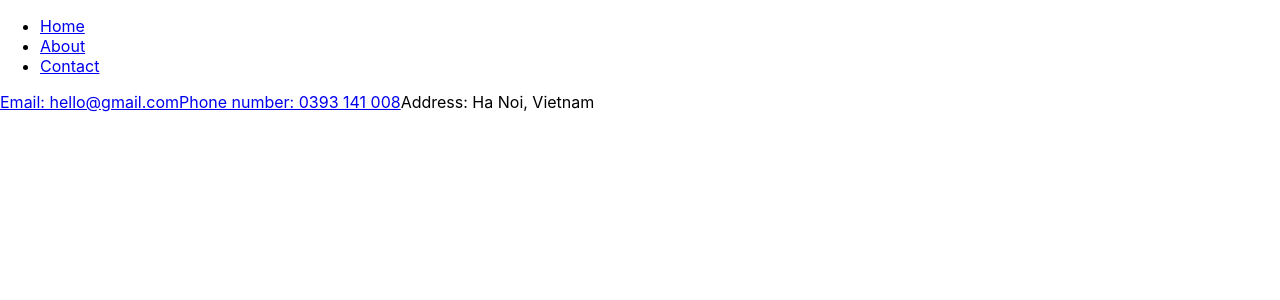
Repository: tuyenf/react-web110
Page: /contact
The author's editor kept a copy of each file at every save. The page is drawn from the files as they stood at one save, then again after the next save.
The browser window is 1280 px wide. The pictures show the whole page.
The project was rebuilt for these pictures with package versions that can differ from the ones it lists, and the page was loaded fresh each time. Also part of the build but not shown: src/components/Home.jsx, src/components/About.jsx.

Above is the page before, as saved 2021-10-01 14:59:08.

### src/App.js
import React from "react";
import {BrowserRouter as Router, Route, Switch} from "react-router-dom";
import {Navigation, Home, About, Contact} from "./components";

function App() {
  return (
    <div className="App">
      <Router>
        <Navigation />
        <Switch>
          <Route path="/" exact component={() => <Home />}/>
          <Route path="/about" exact component={() => <About />}/>
          <Route path="/contact" exact component={() => <Contact />}/>
        </Switch>
      </Router>
    </div>
  );
}

export default App;

### src/components/index.js
export {default as Navigation} from "./Navigation";
export {default as Home} from "./Home";
export {default as About} from "./About";
export {default as Contact} from "./Contact";

### src/components/Navigation.jsx
import React from "react";
import {Link, withRouter} from "react-router-dom";
function Navigation() {
  return (
    <div className="Navigation">
      <ul>
        <li>
          <Link to="/">Home</Link>
        </li>
        <li>
          <Link to="/about">About</Link>
        </li>
        <li>
          <Link to="/contact">Contact</Link>
        </li>
      </ul>
    </div>
  )
}

export default withRouter(Navigation);

### src/components/Contact.jsx
import React from "react";

function Contact() {
  return (
    <div className="about">
      <a
      href="mailto">
      Email: hello@gmail.com
      </a>
      <a
      href="tel">
        Phone number: 0393 141 008
      </a>
      <span>Address: Ha Noi, Vietnam</span>
    </div>
  )
}

export default Contact;

Loaded but not shown: public/index.html (common file); src/index.js (common file); src/index.css (common file); src/reportWebVitals.js (common file)

After the next save:
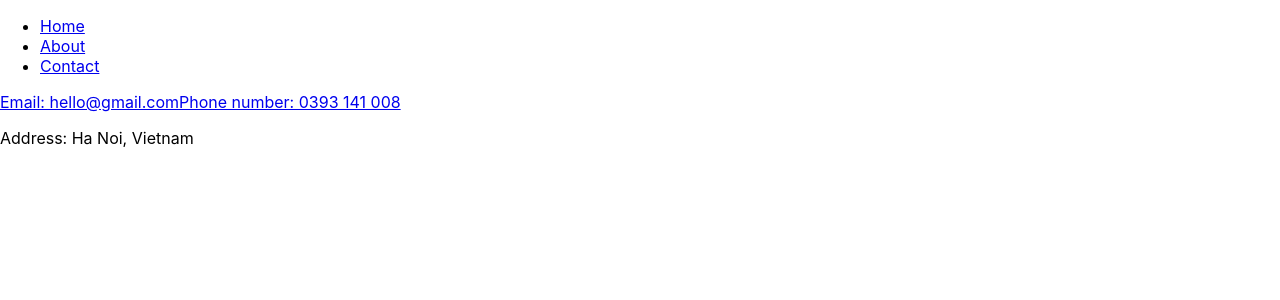
Saved 2 days later.
--- a/src/components/Contact.jsx
+++ b/src/components/Contact.jsx
@@ -11,7 +11,7 @@ function Contact() {
       href="tel">
         Phone number: 0393 141 008
       </a>
-      <span>Address: Ha Noi, Vietnam</span>
+      <p>Address: Ha Noi, Vietnam</p>
     </div>
   )
 }
